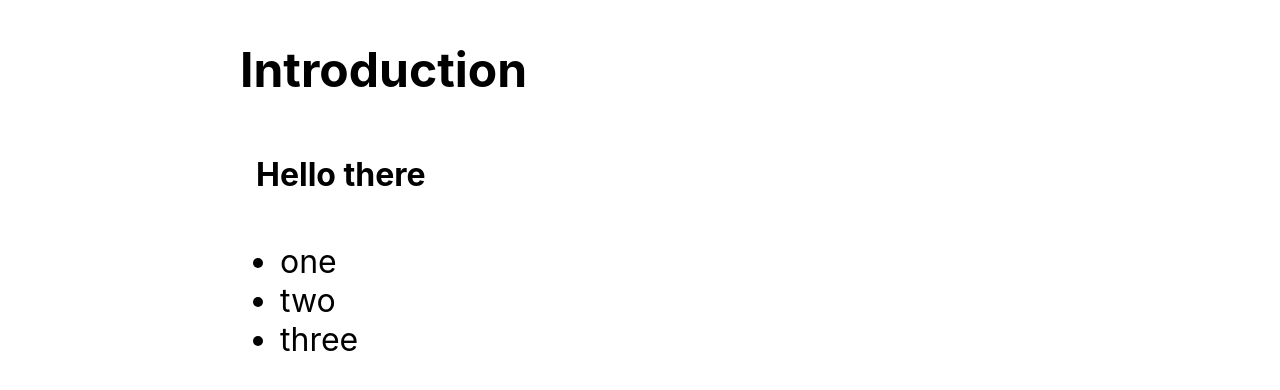
Repository: baodien1405/react-with-typescript
Page: /
An editor plug-in stored every save of this project. The page is shown before and after the next save, followed by the edit.
The browser window is 1280 px wide. The pictures show the whole page.
The project was rebuilt for these pictures with package versions that can differ from the ones it lists, and the page was loaded fresh each time.

Above is the page before, as saved 2021-06-08 13:50:31.

### src/App.tsx

import { useCallback } from 'react';
import './App.css';

const Heading = ({title}: {title: string}) => <h2>{title}</h2>

const Box: React.FunctionComponent = ({children}) => (
  <div style={{padding: "1rem", fontWeight: 'bold'}}>
    {children}
  </div>
)

const List: React.FunctionComponent<{items: string[]; onClick?: (item: string) => void }> = ({items}) => (
  <ul>
    {
      items.map((item, index) => {
        return <li key={index} onClick={() => onClick?.(item)}>{item}</li>
      })
    }
  </ul>
)

function App() {
  const onListClick = useCallback((item: string) => {
    alert(item);
  }, [])
  return (
    <div className="App">
     <Heading title="Introduction" />
     <Box>Hello there</Box>
     <List items={["one", "two", "three"]} onClick={onListClick} />
    </div>
  );
}

export default App;

### src/App.css
body {
  font-size: xx-large;
  margin: auto;
  max-width: 800px;
}

Loaded but not shown: public/index.html (common file); src/index.tsx (common file); src/index.css (common file); src/reportWebVitals.ts (common file)

After the next save:
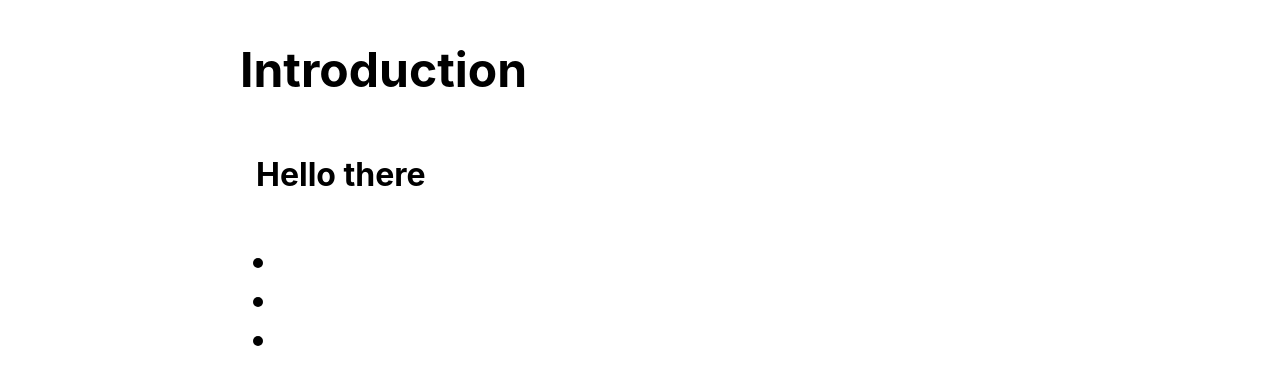
Saved 3 min 0 s later.
--- a/src/App.tsx
+++ b/src/App.tsx
@@ -10,11 +10,14 @@
   </div>
 )
 
-const List: React.FunctionComponent<{items: string[]; onClick?: (item: string) => void }> = ({items}) => (
+const List: React.FunctionComponent<{
+  items: string[];
+  onClick?: (item: string) => void
+}> = ({items}) => (
   <ul>
     {
       items.map((item, index) => {
-        return <li key={index} onClick={() => onClick?.(item)}>{item}</li>
+        return <li key={index} onClick={() => onClick?.(item)}></li>
       })
     }
   </ul>

After the 2 saves that followed:
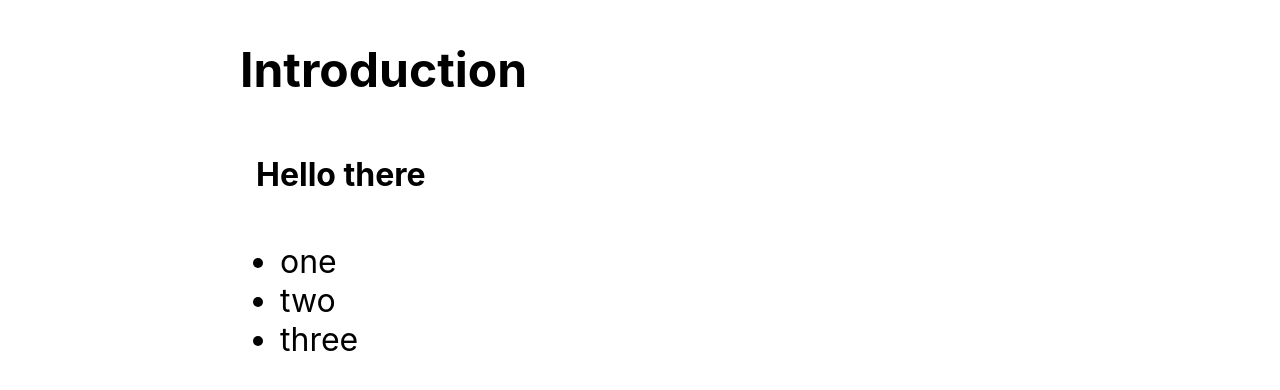
The 2 saves are shown as one change because 1 left the picture as it was.
The last was saved 69 s later.
--- a/src/App.tsx
+++ b/src/App.tsx
@@ -13,11 +13,11 @@
 const List: React.FunctionComponent<{
   items: string[];
   onClick?: (item: string) => void
-}> = ({items}) => (
+}> = ({items, onClick}) => (
   <ul>
     {
       items.map((item, index) => {
-        return <li key={index} onClick={() => onClick?.(item)}></li>
+        return <li key={index} onClick={() => onClick?.(item)}>{item}</li>
       })
     }
   </ul>
